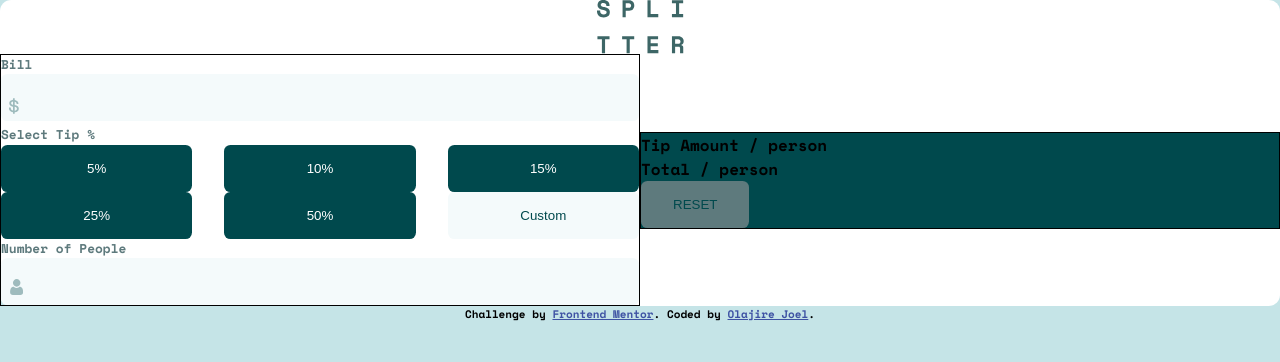
Repository: JuzzJoel/tip-calculator-app-main
Page: index.html
An editor plug-in stored every save of this project. The page is shown before and after a run of saves, followed by the edit.
The browser window is 1280 px wide. The pictures show the whole page.

Above is the page before, as saved 2025-05-25 07:55:20.

### index.html
<!DOCTYPE html>
<html lang="en">

<head>
  <meta charset="UTF-8">
  <meta name="viewport" content="width=device-width, initial-scale=1.0">
  <!-- displays site properly based on user's device -->
  <link rel="preconnect" href="https://fonts.googleapis.com">
  <link rel="preconnect" href="https://fonts.gstatic.com" crossorigin>
  <link href="https://fonts.googleapis.com/css2?family=Space+Mono:wght@700" rel="stylesheet">
  <link rel="icon" type="image/png" sizes="32x32" href="./images/favicon-32x32.png">

  <title>Frontend Mentor | Tip calculator app</title>
  <style>
    *,
    *::before,
    *::after {
      box-sizing: border-box;
    }

    * {
      margin: 0;
      padding: 0;
      font-weight: 700;
    }

    :root {
      --Green-900: hsl(183, 100%, 15%);
      --Green-400: hsl(172, 67%, 45%);

      --Grey-500: hsl(186, 14%, 43%);
      --Grey-400: hsl(184, 14%, 56%);
      --Grey-200: hsl(185, 41%, 84%);
      --Grey-50: hsl(189, 47%, 97%);
      --White: hsl(0, 100%, 100%);

    }

    .attribution {
      font-size: 11px;
      text-align: center;
    }

    .attribution a {
      color: hsl(228, 45%, 44%);
    }

    body {
      width: 100vw;
      height: 100vh;
      font-family: 'Space Mono', monospace;
      font-weight: 700;
      background: var(--Grey-200);
    }
    body *, body > * , button {
      font-weight: 700;
    }
    .container{
      background: var(--White);
      border-radius: 0.7rem;
      display: flex;
      flex-direction: column;
    }
    .logo{
      display: flex;
      justify-content: center;
      align-items: center;
    }
    .calculator{
      display: flex;
      align-items: center;
      justify-content: center;
    }
    .calculator > *{
      min-height: 90%;
      width: 50%;
    }
    .options-container{
      border: 1px solid #000;
    }
    .tips-container{
      background: var(--Green-900);
      border: 1px solid #000;
    }
    label{
      font-size: 0.8rem;
      color: var(--Grey-500);
    }
    button{
      padding: 1rem 2rem;
      background: var(--Green-900);
      border: none;
      color: var(--White);
      border-radius: 0.4rem;
      font-weight: 400;
    }
    .custom{
background: var(--Grey-50);
color: var(--Green-900);
    }
    .reset{
background: var(--Grey-500);
color: var(--Green-900);
text-transform: uppercase;
    }
    input{
      background: var(--Grey-50); /*grey-50*/
      border: none;
    }
    .row{
      display: flex;
      flex-flow: row wrap;
      justify-content: space-between;
    }
    .row > *{
width: 30%;
    }
    .bill-display,.amt-of-people
    {
      display: flex;
      flex-direction: column;
    }
    .bill-display input,.amt-of-people input
    {position: relative;
      display: flex;
      padding: 1rem 2rem;
      border-radius: 0.4rem;
    }
    .bill-display input:focus,.amt-of-people input:focus
    {outline: none;
      caret-color: currentColor;
    }
    .person-icon,.dollar-icon
    {
position: absolute;
transform: translate(70%,250%);

    }
  </style>
</head>

<body>
  <div class="container">
    <div class="logo">
      <img src="/images/logo.svg" alt="">
    </div>
    <div class="calculator">
      <div class="options-container">
        <div class="options">

          <div class="bill-display">

            <label for="">Bill</label>
            <input type="text">
            <img src="/images/icon-dollar.svg" class="dollar-icon" alt="dollar icon">
          </div>
          <div class="tip-select">
            <label for=""> Select Tip %</label>

        <div class="row">
          <button>5%</button>
          <button>10%</button>
          <button>15%</button>
          <button>25%</button>
          <button>50%</button>
          <button class="custom">Custom</button>
        </div>

          </div>
       <div class="amt-of-people">
        <label for="">     Number of People</label>
        <input type="text">
        <img src="/images/icon-person.svg" class="person-icon" alt="dollar icon">
       </div>

        </div>
      </div>
      <div class="tips-container">
        <div class="tips-display">
          <div class="tip-display-amount">

            Tip Amount
            / person
          </div>

          <div class="tip-display-total">
            Total
            / person
          </div>

          <button class="reset">
            Reset
          </button>

        </div>
      </div>
    </div>
  </div>



  <div class="attribution">
    Challenge by <a href="https://www.frontendmentor.io?ref=challenge" target="_blank">Frontend Mentor</a>.
    Coded by <a href="#">Olajire Joel</a>.
  </div>
</body>

</html>

After the next 3 saves:
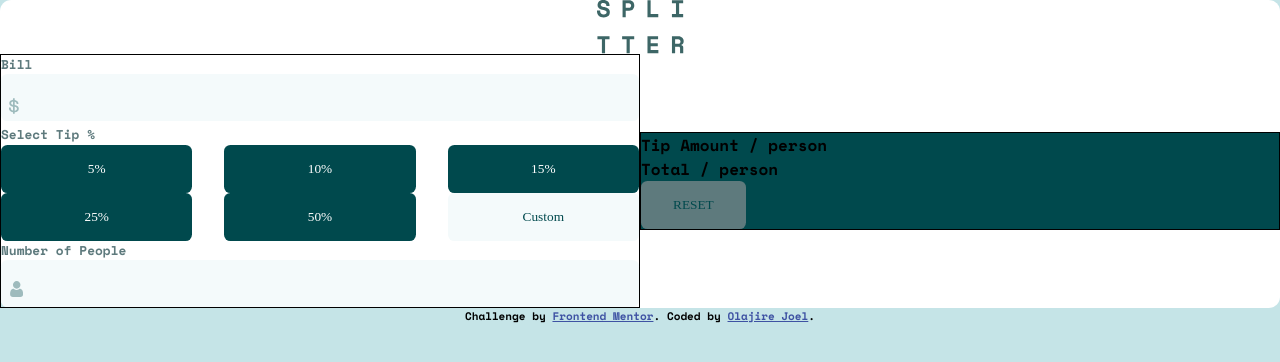
The 3 saves are shown as one change because they came seconds apart.
The last was saved 17 s later.
--- a/index.html
+++ b/index.html
@@ -93,6 +93,7 @@
       color: var(--White);
       border-radius: 0.4rem;
       font-weight: 400;
+      font-family: serif;
     }
     .custom{
 background: var(--Grey-50);
